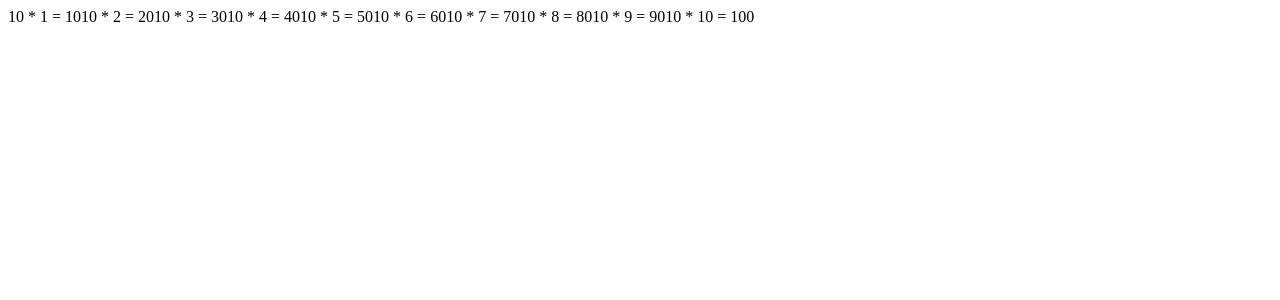
Repository: Fablilsonoliver/logica1
Page: index.html
An editor plug-in stored every save of this project. The page is shown before and after the next save, followed by the edit.
The browser window is 1280 px wide. The pictures show the whole page.

Above is the page before, as saved 2025-04-29 11:13:35.

After the next save:
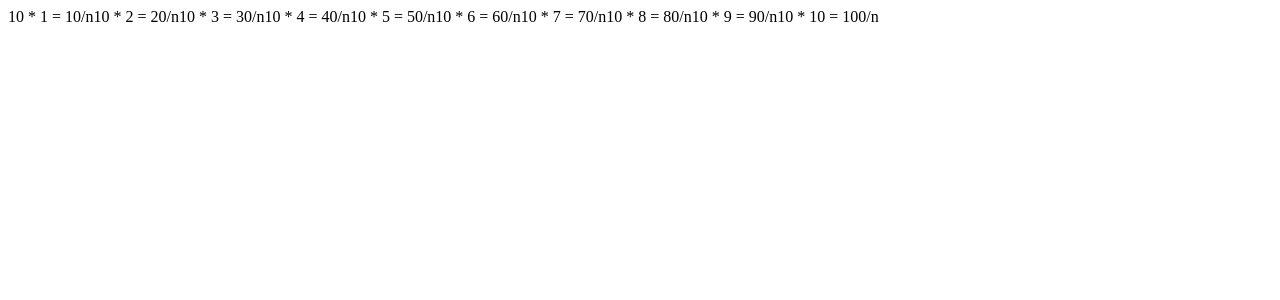
Saved 12 s later.
--- a/app.js
+++ b/app.js
@@ -31,7 +31,7 @@
     let i = 1;
     let array = [];
     while (i <= 10) {
-        array += `${numero} * ${i} = ${numero * i}`;
+        array += `${numero} * ${i} = ${numero * i}/n`;
         i++;
     }
 
